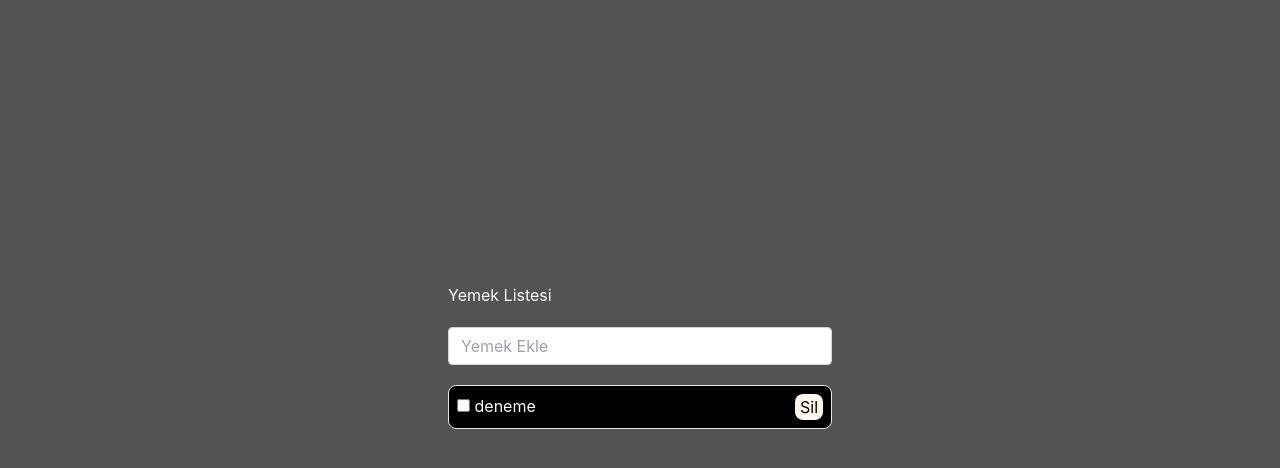
Repository: muratyildiz63/Composition-API-Nedir-todo-list
Page: /
The author's editor kept a copy of each file at every save. The page is drawn from the files as they stood at one save, then again after the next save.
The browser window is 1280 px wide. The pictures show the whole page.
The project was rebuilt for these pictures with package versions that can differ from the ones it lists, and the page was loaded fresh each time. Also part of the build but not shown: vite.config.js.

Above is the page before, as saved 2022-08-16 06:41:48.

### src/main.js
import { createApp } from 'vue'
import './style.css'
import App from './App.vue'
import './index.css'

createApp(App).mount('#app')

### src/App.vue
<template>
  <div class="w-full h-full text-white">
    <h3 class="w-full flex mb-5">Yemek Listesi</h3>

<section>
 <input
      type="text"
      class="
        form-control
        block
        w-full
        px-3
        mb-5
        py-1.5
        text-base
        font-normal
        text-gray-700
        bg-white bg-clip-padding
        border border-solid border-gray-300
        rounded
        transition
        ease-in-out
        m-0
        focus:text-gray-700 focus:bg-white focus:border-blue-600 focus:outline-none
      "
      id="exampleFormControlInput1"
      placeholder="Yemek Ekle"
    />
</section>


    <div class="flex justify-center">
      <div class="rounded-lg w-96">
        <div
          aria-current="true"
          class="
            bg-black
            flex
            justify-between
            mb-2
            px-2
            py-2
            border border-gray-200
            w-full
            rounded-lg
            text-white
            cursor-pointer
            even:bg-gray-700
          "
        >
          <label for="compluted">
            <input type="checkbox" name="" id="compluted" /> deneme
          </label>
          <button class="bg-orange-50 px-1 text-black">Sil</button>
        </div>


      </div>
    </div>
  </div>
</template>

### src/index.css
@tailwind base;
@tailwind components;
@tailwind utilities;
body {
    background-color: rgb(83 83 83);
}

### tailwind.config.cjs
module.exports = {
    content: [
        "./index.html",
        "./src/**/*.{vue,js,ts,jsx,tsx}",
    ],
    theme: {
        extend: {},
    },
    plugins: [],
}

Loaded but not shown: index.html (common file); src/style.css (common file)

After the next save:
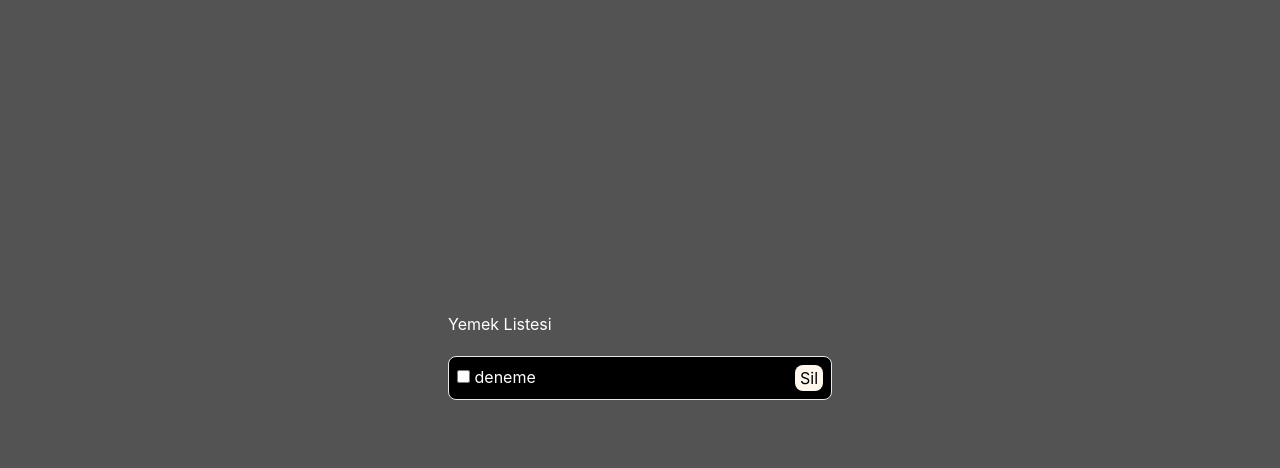
Saved 28 s later.
--- a/src/App.vue
+++ b/src/App.vue
@@ -2,31 +2,7 @@
   <div class="w-full h-full text-white">
     <h3 class="w-full flex mb-5">Yemek Listesi</h3>
 
-<section>
- <input
-      type="text"
-      class="
-        form-control
-        block
-        w-full
-        px-3
-        mb-5
-        py-1.5
-        text-base
-        font-normal
-        text-gray-700
-        bg-white bg-clip-padding
-        border border-solid border-gray-300
-        rounded
-        transition
-        ease-in-out
-        m-0
-        focus:text-gray-700 focus:bg-white focus:border-blue-600 focus:outline-none
-      "
-      id="exampleFormControlInput1"
-      placeholder="Yemek Ekle"
-    />
-</section>
+<addTodo />
 
 
     <div class="flex justify-center">
